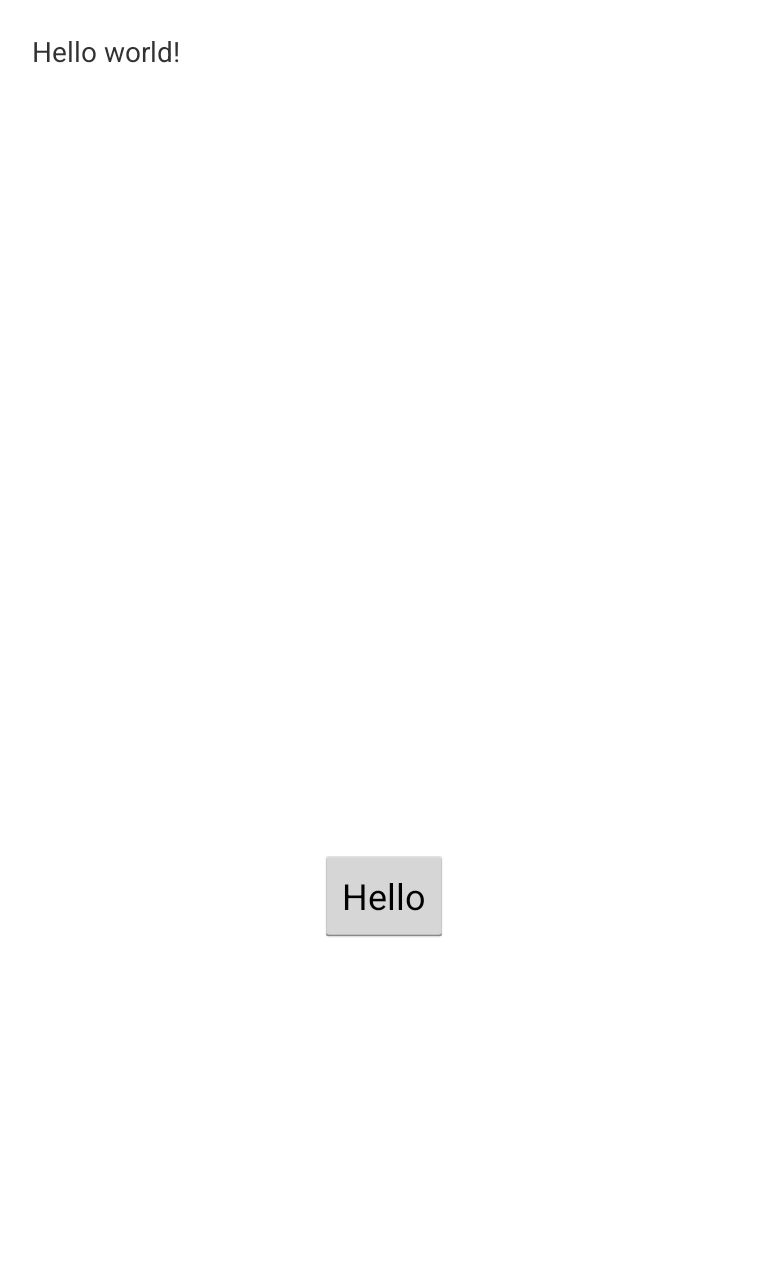
Repository: brendtgigadev/mobile
Layout: HelloYou/res/layout/activity_hello_you.xml
These files come from the project's save history. The layout is drawn as it stood at one moment and after the next save; the edit follows.
It is drawn on a 768 x 1280 px phone screen (xhdpi) without system bars, with theme AppTheme; the app's code is not run.

Above is the layout before, as saved 2013-10-10 11:39:22.

After the next save:
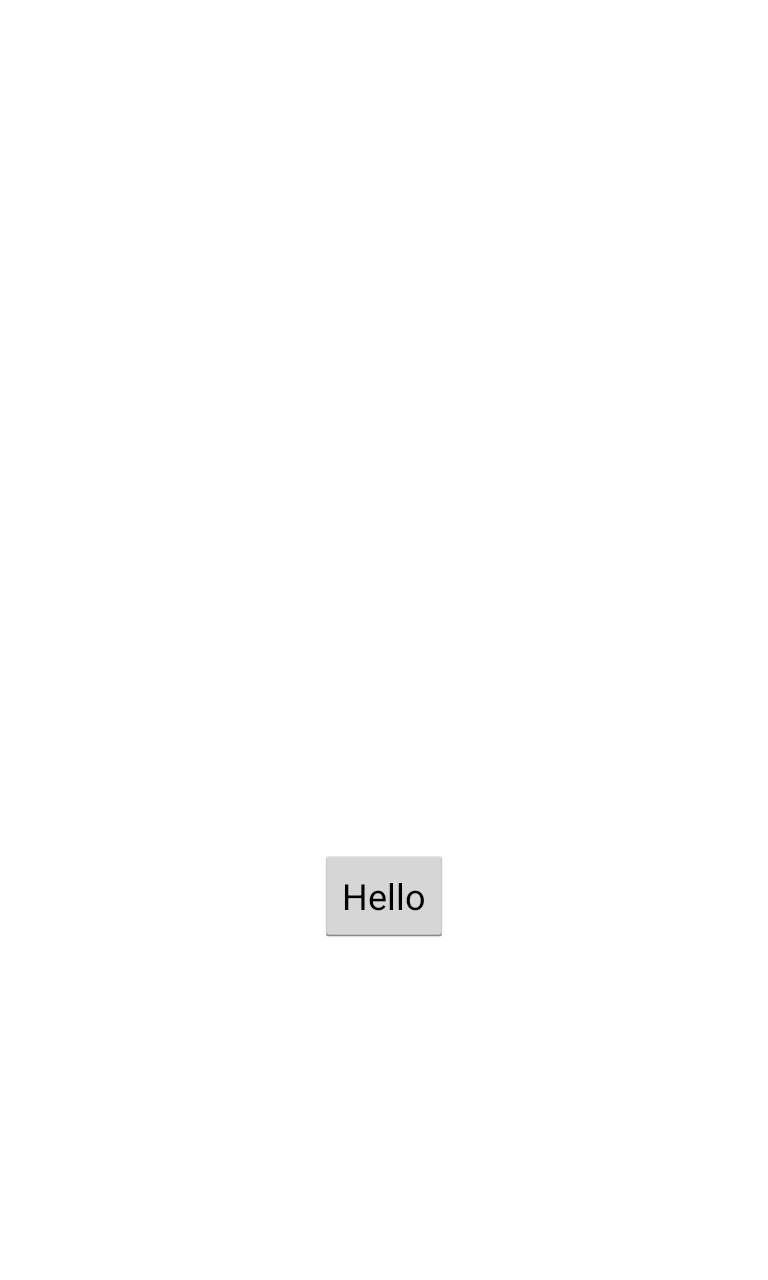
Saved 48 s later.
--- a/HelloYou/res/layout/activity_hello_you.xml
+++ b/HelloYou/res/layout/activity_hello_you.xml
@@ -2,7 +2,6 @@
     xmlns:tools="http://schemas.android.com/tools"
     android:layout_width="match_parent"
     android:layout_height="match_parent"
-    android:onClick="onClick"
     android:paddingBottom="@dimen/activity_vertical_margin"
     android:paddingLeft="@dimen/activity_horizontal_margin"
     android:paddingRight="@dimen/activity_horizontal_margin"
@@ -10,9 +9,10 @@
     tools:context=".HelloYouActivity" >
 
     <TextView
+        android:id="@+id/lblHello"
         android:layout_width="wrap_content"
         android:layout_height="wrap_content"
-        android:text="@string/hello_world" />
+        android:text=" " />
 
     <Button
         android:id="@+id/btnHello"
